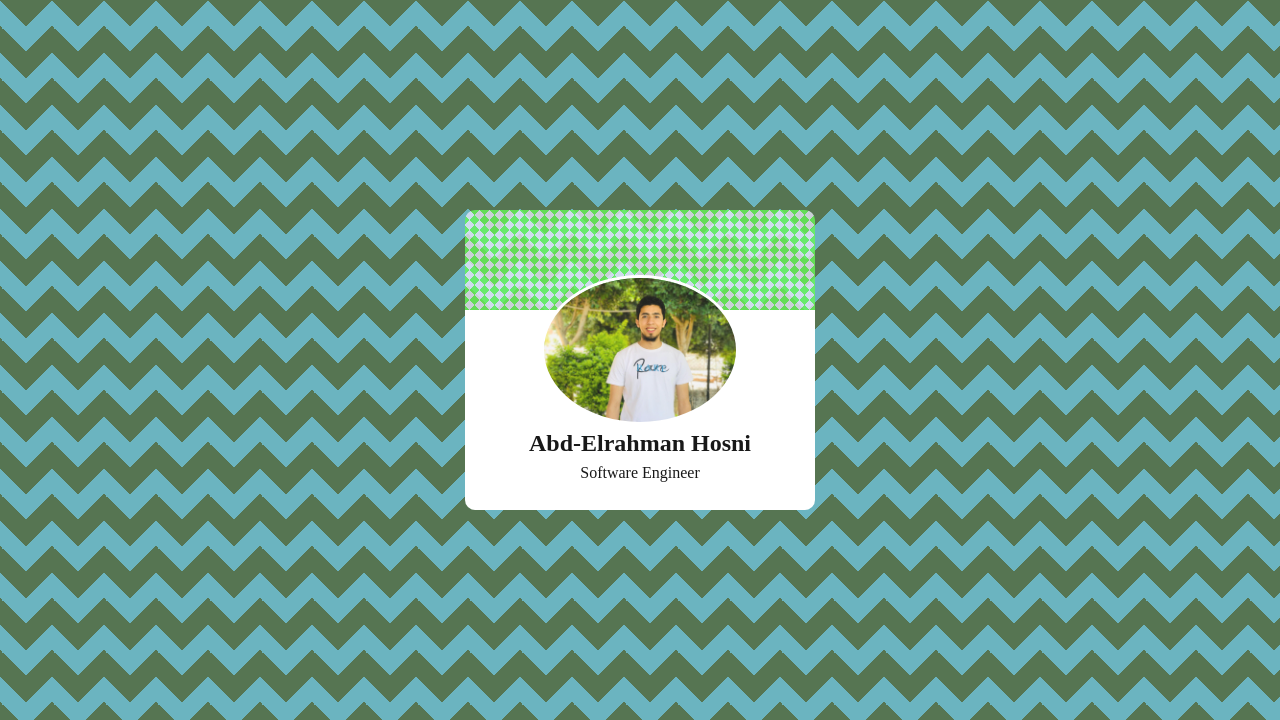
Repository: Abdo-Hosni123/Html-and-css-projects
Page: index.html
The author's editor kept a copy of each file at every save. The page is drawn from the files as they stood at one save, then again after the next save.
The browser window is 1280 px wide. The pictures show the whole page.

Above is the page before, as saved 2023-12-05 22:34:08.

After the next save:
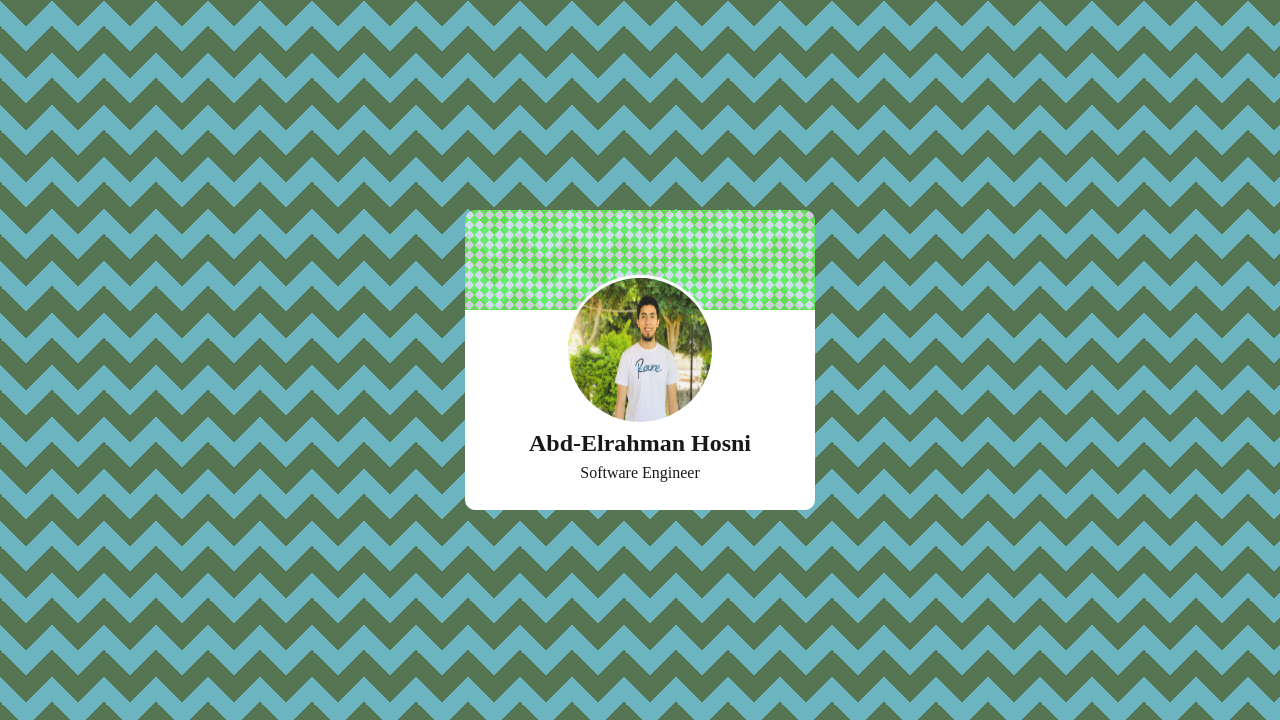
Saved 102 s later.
--- a/Style.css
+++ b/Style.css
@@ -69,6 +69,7 @@
     border-radius: 50%;
     border: 3px solid white;
     height: 150px;
+    width: 150px;
     z-index: 2;
 
 }

After the save that followed:
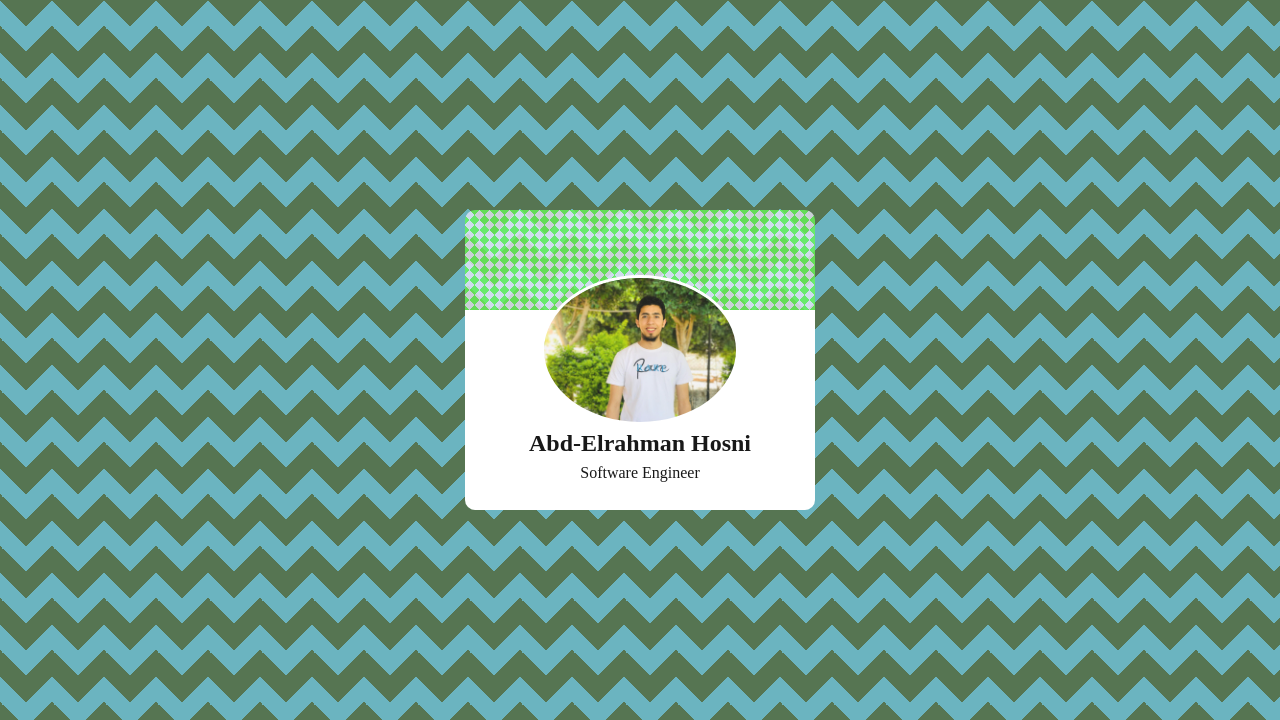
Saved 9 s later.
--- a/Style.css
+++ b/Style.css
@@ -69,7 +69,6 @@
     border-radius: 50%;
     border: 3px solid white;
     height: 150px;
-    width: 150px;
     z-index: 2;
 
 }
